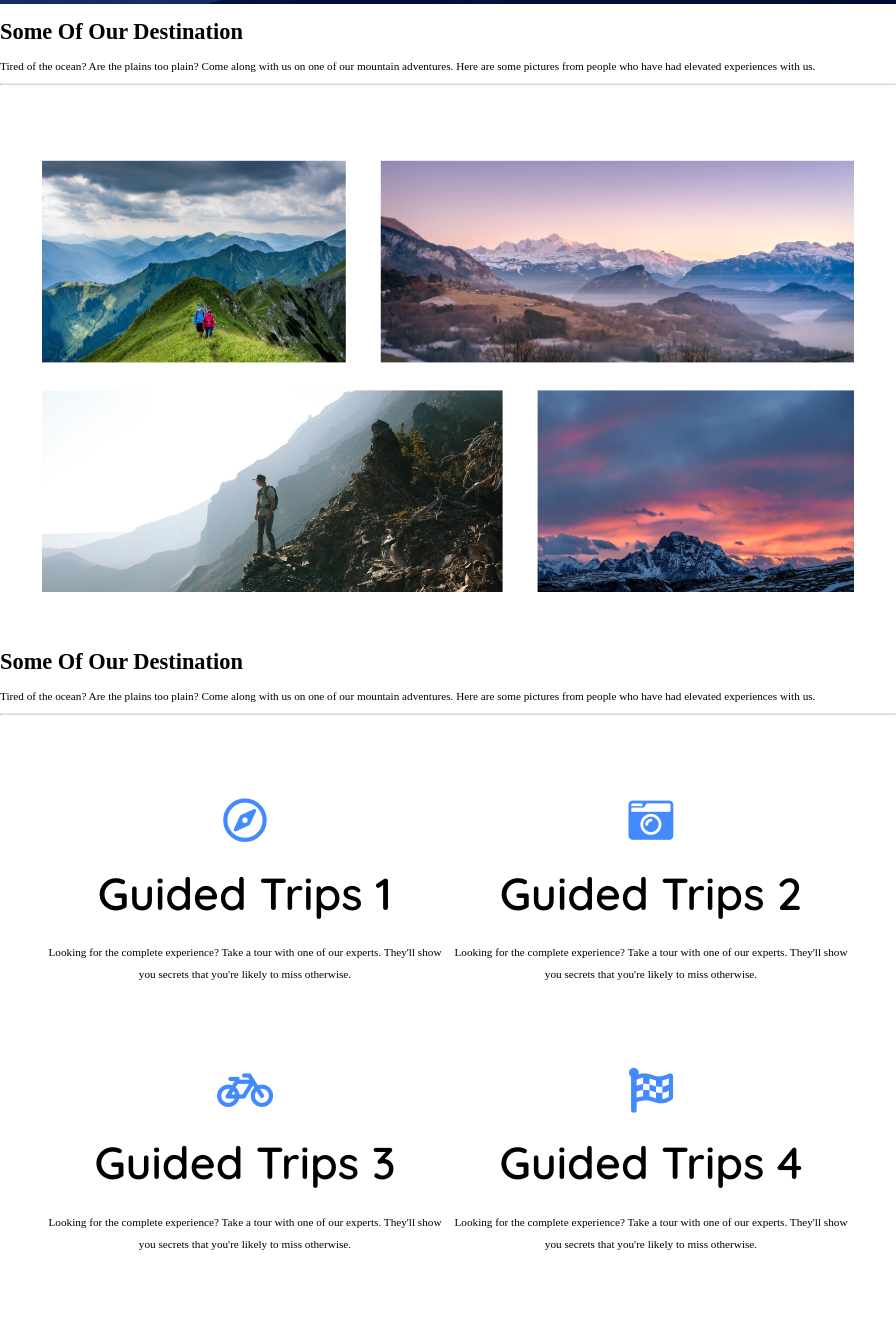
Repository: Einsteiniumeinsteinian/Advanced-CSS
Page: css-project-starter-code/index.html
These files come from the project's save history. The page is drawn as it stood at one moment and after the next save; the edit follows.
The browser window is 1280 px wide. The pictures show the part of the page from y = 714 to 2634 px (the page is 2634 px tall before and 2528 px after), at 70% of full size.
Some web libraries are served in a nearby version.

Above is the page before, as saved 2021-08-15 20:38:45.

After the next save:
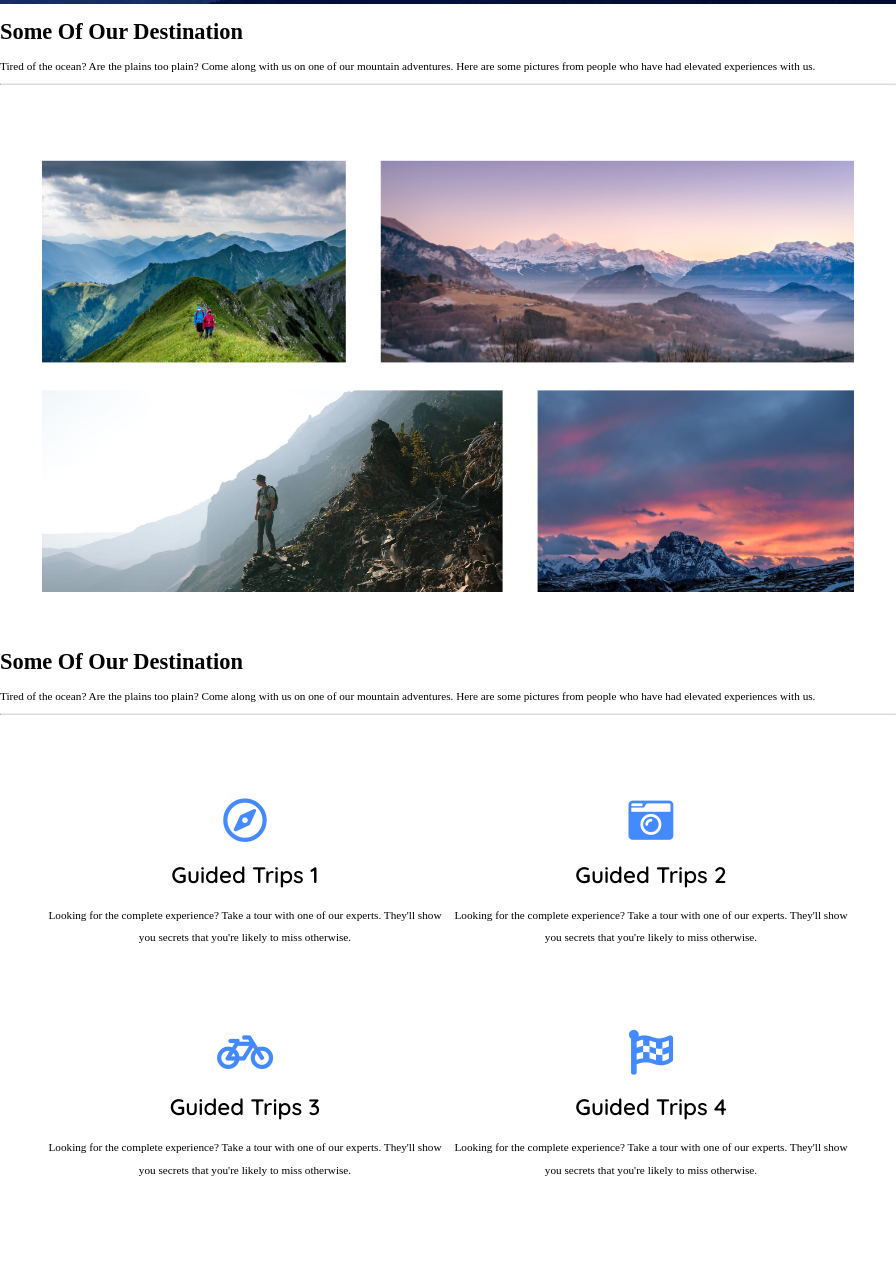
Saved 8 s later.
--- a/css-project-starter-code/assets/css/styles.css
+++ b/css-project-starter-code/assets/css/styles.css
@@ -75,7 +75,7 @@ flex-grow: 1;
     font-family: 'Quicksand', sans-serif;
     text-transform: capitalize;
     font-weight: 700;
-    font-size: 4em;
+    font-size: 2em;
 }
 i{
     font-size: 4em;
